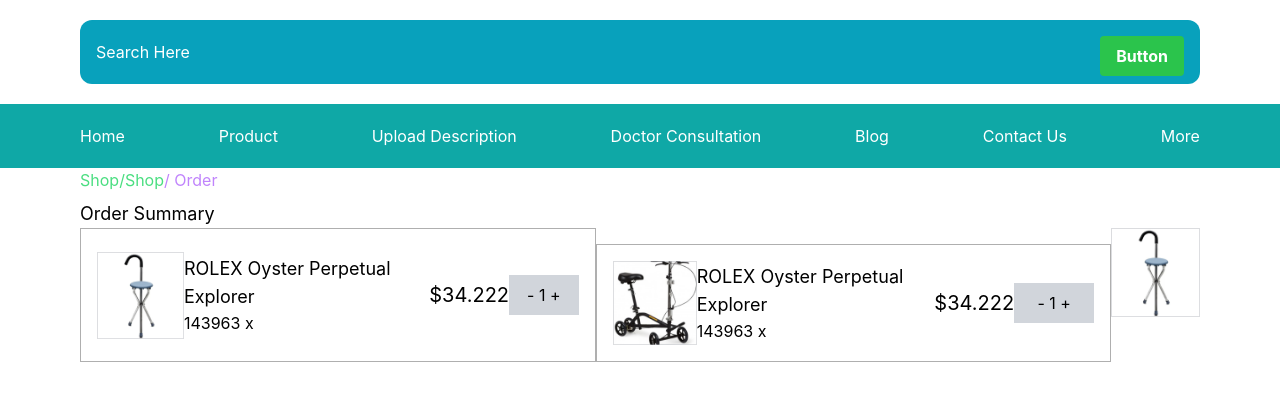
Repository: arafatmollah/pharma
Page: /
An editor plug-in stored every save of this project. The page is shown before and after the next save, followed by the edit.
The browser window is 1280 px wide. The pictures show the whole page.
The project was rebuilt for these pictures with package versions that can differ from the ones it lists, and the page was loaded fresh each time.

Above is the page before, as saved 2023-03-12 01:53:58.

### src/App.js

import './App.css';
import Nav from './Nav';
import Order from './Order';

function App() {
  return (
    <div className="App">
      <Nav></Nav>
      <Order></Order>
    </div>
  );
}

export default App;

### src/App.css
.box-border{
    background-color: #08A1BC;
}
.btn {
    @apply font-bold py-2 px-4 rounded;
    background-color: #2BC44C;
    color: white;
  }
  .btn-blue {
    @apply bg-blue-500 text-white;
  }
  .btn-blue:hover {
    @apply bg-blue-700;
  }
.nav{
    background-color: #0FA8A6;
}
.order{
    border: 1px solid rgb(175, 175, 175);
    border-width: 50%;
}

### src/Nav.js
import React from 'react'
import './App.css';

function Nav() {
  return (
    <div>
        <div className='box-border h-16 w-100 p-4 mx-20 my-5 rounded-xl'>
          <div className='flex justify-between align-middle'>
                <p className='text-white mt-1'>Search Here</p>
                <button class="btn mb-1"> Button</button>
          </div>
        </div>
        <div className='box-border h-16 w-100 nav'>
            <div className='flex mx-20 items-center justify-between text-white'>
            <div className='mt-5'>Home</div>
            <div className='mt-5'> Product</div>
            <div className='mt-5'>Upload Description</div>
            <div className='mt-5'>Doctor Consultation</div>
            <div className='mt-5'>Blog</div>
            <div className='mt-5'>Contact Us</div>
            <div className='mt-5'>More</div>
            </div>
        </div>
    </div>
  )
}

export default Nav

### src/Order.js
import React from 'react'
import img from './images/img.png'
import im from './images/im.png'

function order() {
  return (
    <div>
        <div className='flex mx-20'>
            <p className='text-green-400'>Shop</p>
            <p className='text-green-400'>/Shop</p>
            <p className='text-purple-400'>/ Order</p>
        </div>
        <div className='mt-2 mx-20'>
          <h3 className='text-lg'>Order Summary</h3>
        </div>
        <div className='mx-20 flex'>
          <div className='flex border-box p-4 order justify-center items-center justify-between'>
            <div>
              <img src={img}></img>
            </div>
            <div>
              <h1 className='text-lg'>ROLEX Oyster Perpetual Explorer</h1>
              <p>143963 x</p>
            </div>
            <div>
              <h3 className='text-xl'>$34.222</h3>
            </div>
            <div className='bg-gray-300 h-10 w-20 flex justify-center items-center'>
                - 1 +
              </div>
          </div>
          <div className='flex border-box p-4 order mt-4 justify-between justify-center items-center'>
            <div>
              <img src={im}></img>
            </div>
            <div>
              <h1 className='text-lg'>ROLEX Oyster Perpetual Explorer</h1>
              <p>143963 x</p>
            </div>
            <div>
              <h3 className='text-xl'>$34.222</h3>
            </div>
            <div>
              <div className='bg-gray-300 h-10 w-20 flex justify-center items-center'>
                - 1 +
              </div>
            </div>
          </div>
          <div>
          <div>
            <img src={img}></img>
          </div>
        </div>
        </div>

    </div>
  )
}

export default order

Loaded but not shown: public/index.html (common file); src/index.js (common file); src/index.css (common file); src/reportWebVitals.js (common file); tailwind.config.js (common file)

After the next save:
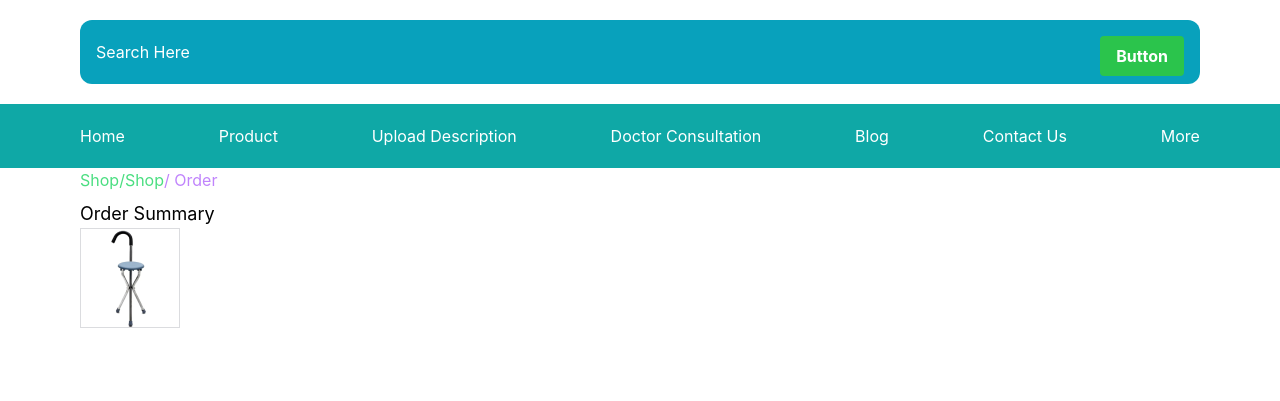
Saved 36 s later.
--- a/src/Order.js
+++ b/src/Order.js
@@ -14,38 +14,7 @@ function order() {
           <h3 className='text-lg'>Order Summary</h3>
         </div>
         <div className='mx-20 flex'>
-          <div className='flex border-box p-4 order justify-center items-center justify-between'>
-            <div>
-              <img src={img}></img>
-            </div>
-            <div>
-              <h1 className='text-lg'>ROLEX Oyster Perpetual Explorer</h1>
-              <p>143963 x</p>
-            </div>
-            <div>
-              <h3 className='text-xl'>$34.222</h3>
-            </div>
-            <div className='bg-gray-300 h-10 w-20 flex justify-center items-center'>
-                - 1 +
-              </div>
-          </div>
-          <div className='flex border-box p-4 order mt-4 justify-between justify-center items-center'>
-            <div>
-              <img src={im}></img>
-            </div>
-            <div>
-              <h1 className='text-lg'>ROLEX Oyster Perpetual Explorer</h1>
-              <p>143963 x</p>
-            </div>
-            <div>
-              <h3 className='text-xl'>$34.222</h3>
-            </div>
-            <div>
-              <div className='bg-gray-300 h-10 w-20 flex justify-center items-center'>
-                - 1 +
-              </div>
-            </div>
-          </div>
+
           <div>
           <div>
             <img src={img}></img>
